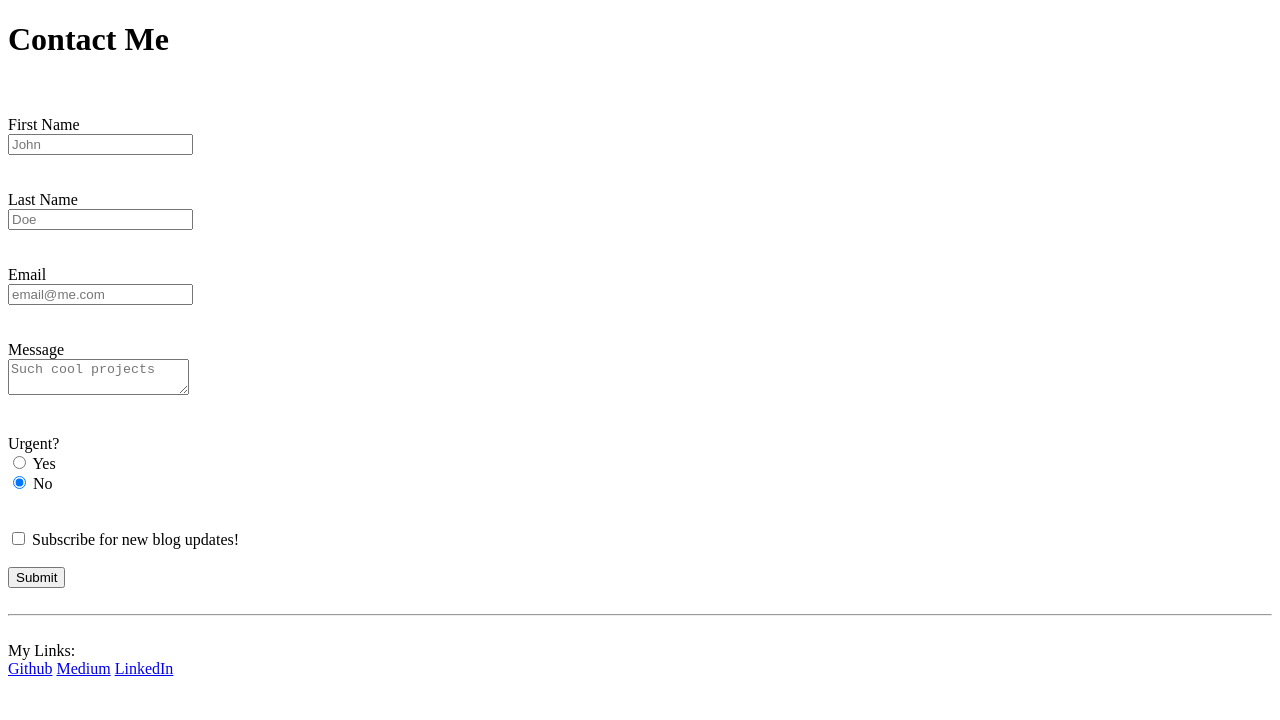
Repository: SamirIngley/html-semantic
Page: contact.html
These files come from the project's save history. The page is drawn as it stood at one moment and after the next save; the edit follows.
The browser window is 1280 px wide. The pictures show the whole page.

Above is the page before, as saved 2020-01-28 16:20:32.

After the next save:
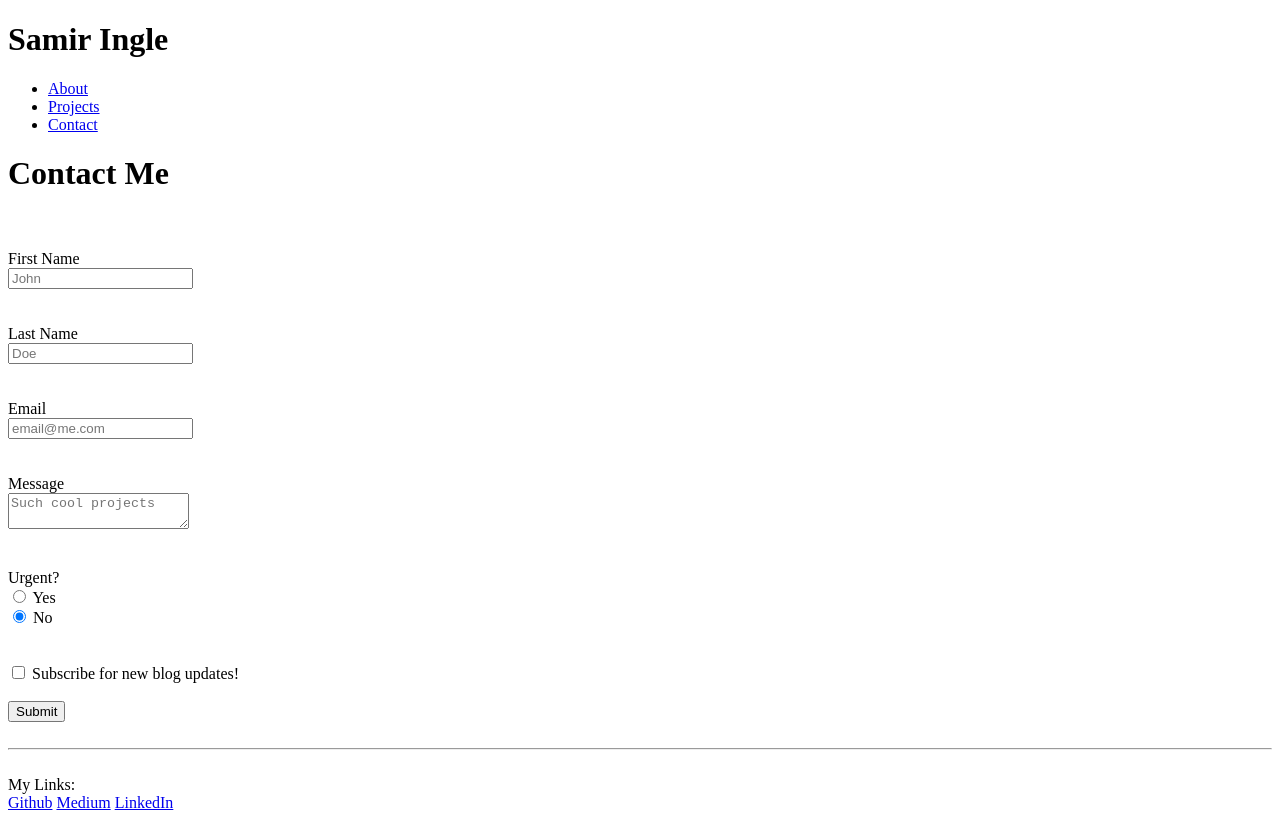
Saved 3 min 18 s later.
--- a/contact.html
+++ b/contact.html
@@ -7,6 +7,18 @@
     <title>Contact</title>
 </head>
 <body>
+    <header>
+            <h1>Samir Ingle</h1>
+                <nav>
+                    <ul>
+                        <li><a href="#">About</a></li>
+                        <li><a href="#">Projects</a></li>
+                        <li><a href="#">Contact</a></li>
+                        </ul>
+                </nav>
+    </header>
+
+
 <h1>Contact Me</h1>
 <br>
 <br>
